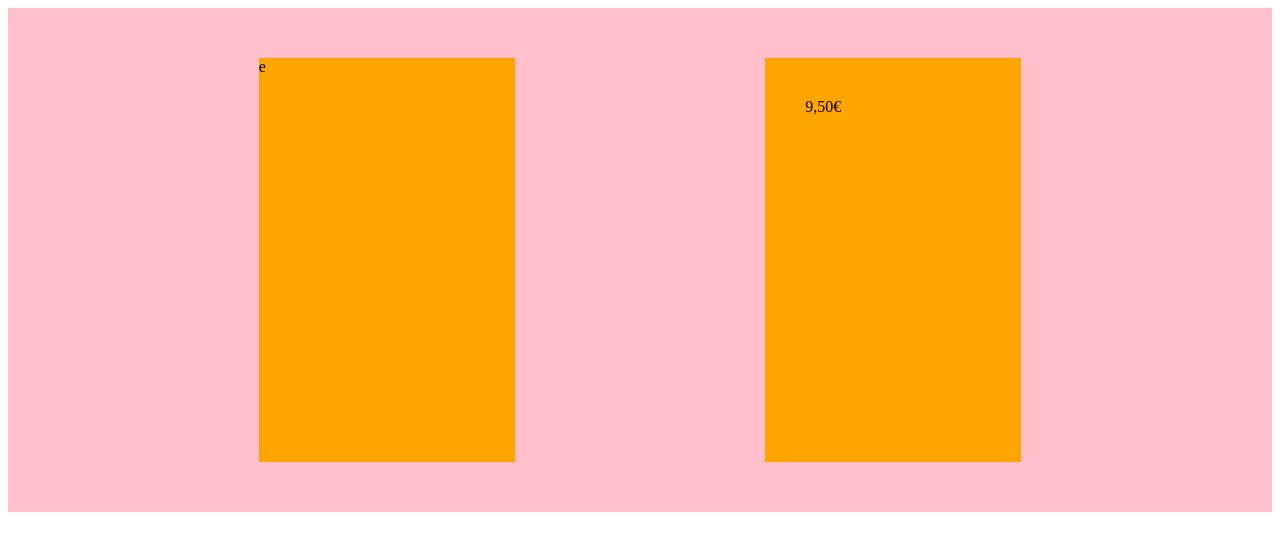
Repository: mel-in-a/vinted-front-clone
Page: html/offer.html
These files come from the project's save history. The page is drawn as it stood at one moment and after a run of saves; the edit follows.
The browser window is 1280 px wide. The pictures show the whole page.

Above is the page before, as saved 2021-07-29 16:27:31.

### html/offer.html
<!DOCTYPE html>
<html lang="en">
<head>
    <meta charset="UTF-8">
    <meta http-equiv="X-UA-Compatible" content="IE=edge">
    <meta name="viewport" content="width=device-width, initial-scale=1.0">
    <link rel="stylesheet" href="/offer.css">
    <title>Document</title>
</head>
<body>
    <div class="container-fluid">
        <div class="container-fluid">
            <div class="left">e</div>
            <div class="right">
                <div class="price">9,50€</div>
                <div class="horizontal">
                   <table>

                   </table>
                </div>
            </div>
          </div>
    </div>
</body>
</html>

### html/offer.css
.container-fluid {
    width: 100%;
    display: flex;
    background-color:pink;
    height: 70vh;
    justify-content: space-evenly;
    align-items: center;

  }

  .left, .right {
    width: 20vw;
    background-color: orange;
    height: 80%;
  }

  .right {
      padding: 40px;
      box-sizing: border-box;
  }

  .horizontal {
      display: flex;
      background-color:green


  }

After the next 3 saves:
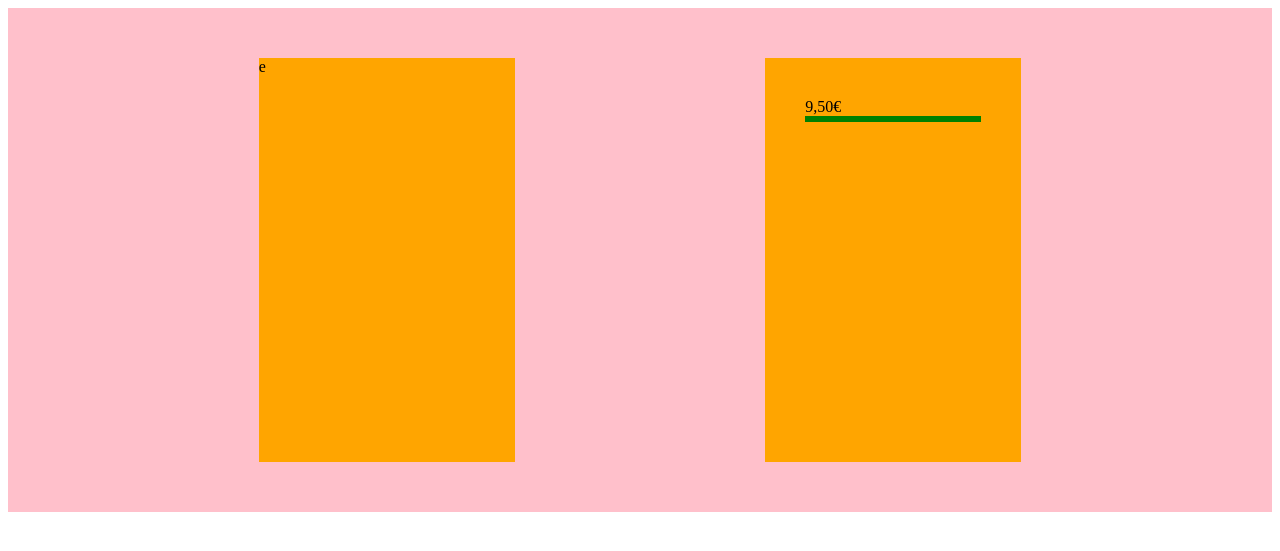
The 3 saves are shown as one change because they came seconds apart.
The last was saved 10 s later.
--- a/html/offer.html
+++ b/html/offer.html
@@ -15,7 +15,10 @@
                 <div class="price">9,50€</div>
                 <div class="horizontal">
                    <table>
-
+                       <tr>
+                           <td></td>
+                           <td></td>
+                       </tr>
                    </table>
                 </div>
             </div>
